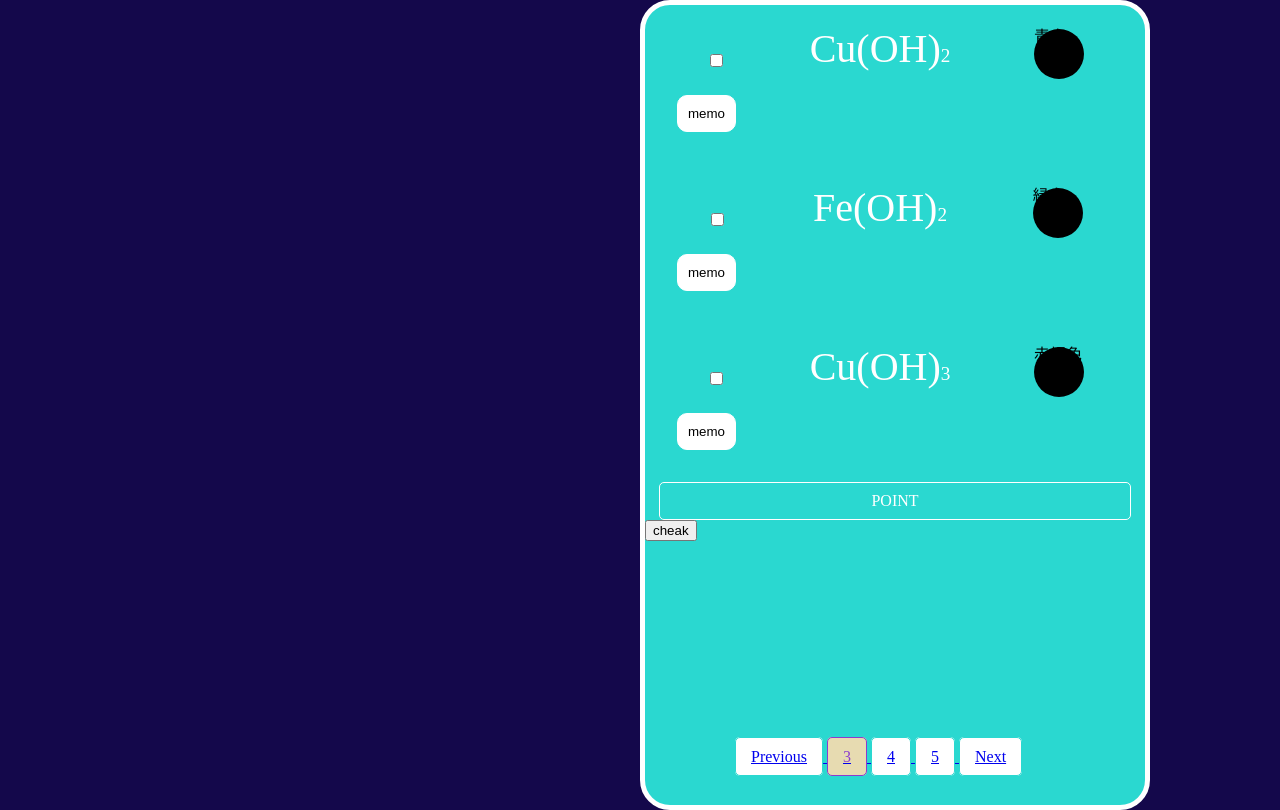
Repository: 1000sky/Inorganic_chemistry_application
Page: http://localhost/index3
These files come from the project's save history. The page is drawn as it stood at one moment and after the next save; the edit follows.
The browser window is 1280 px wide. The pictures show the whole page.
The page is served by the project's Laravel application, run on PHP 8.4 with Laravel 8.

Above is the page before, as saved 2022-07-16 19:55:03.

After the next save:
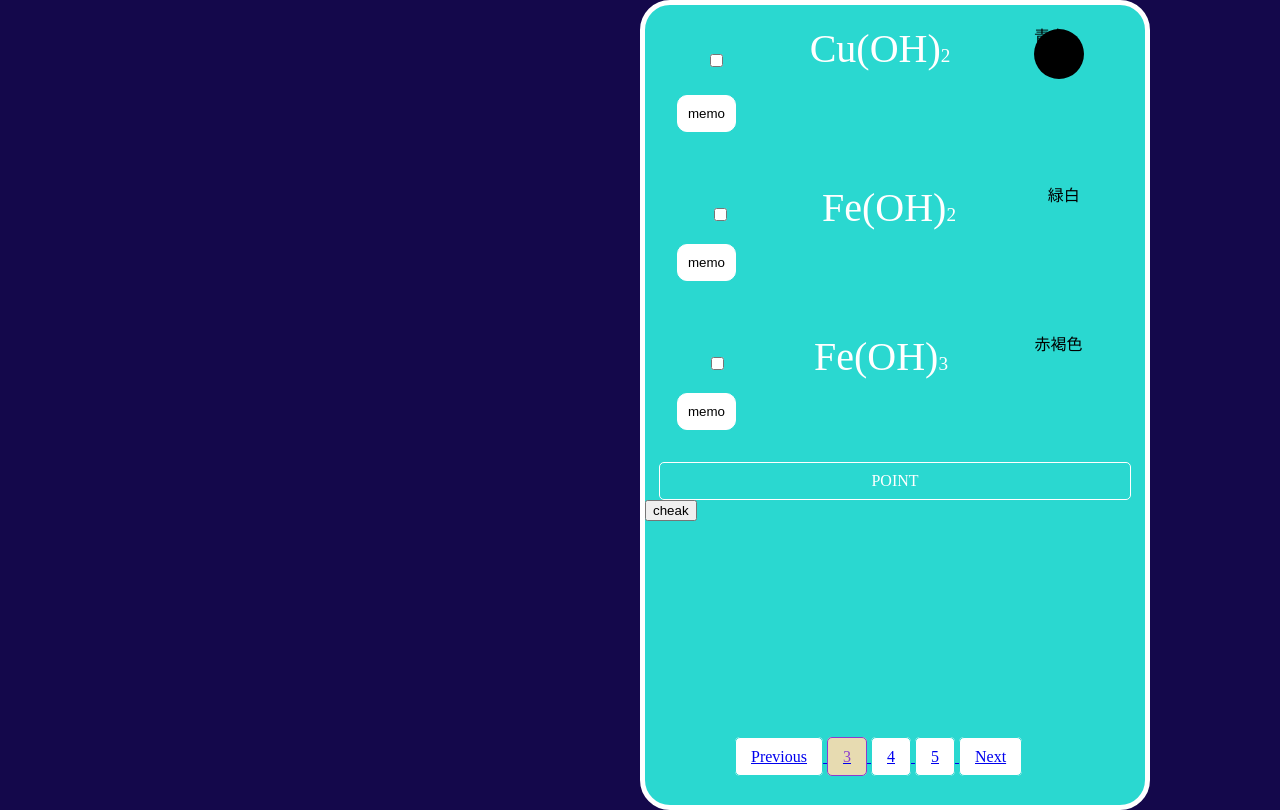
Saved 8 min 10 s later.
--- a/application/resources/views/index3.blade.php
+++ b/application/resources/views/index3.blade.php
@@ -27,7 +27,7 @@
         <div class=memorize>
           <input type="checkbox" class=checkbox name="">
           <div class=Chemical-formula>Fe(OH)<span>2</span> </div>
-          <div class=circle-FeOH>緑白</div>
+          <div class=circle-FeOH2>緑白</div>
         </div>
         <form>
           <input type="button" class=button name="" value="memo" onClick="setTF(this.form.text1,'visible')">
@@ -39,8 +39,8 @@
 
         <div class=memorize>
             <input type="checkbox" class=checkbox name="">
-            <div class=Chemical-formula>Cu(OH)<span>3</span> </div>
-            <div class=circle>赤褐色</div>
+            <div class=Chemical-formula>Fe(OH)<span>3</span> </div>
+            <div class=circle-FeOH3>赤褐色</div>
         </div>
           <form>
             <input type="button" class=button name="" value="memo" onClick="setTF(this.form.text1,'visible')">
